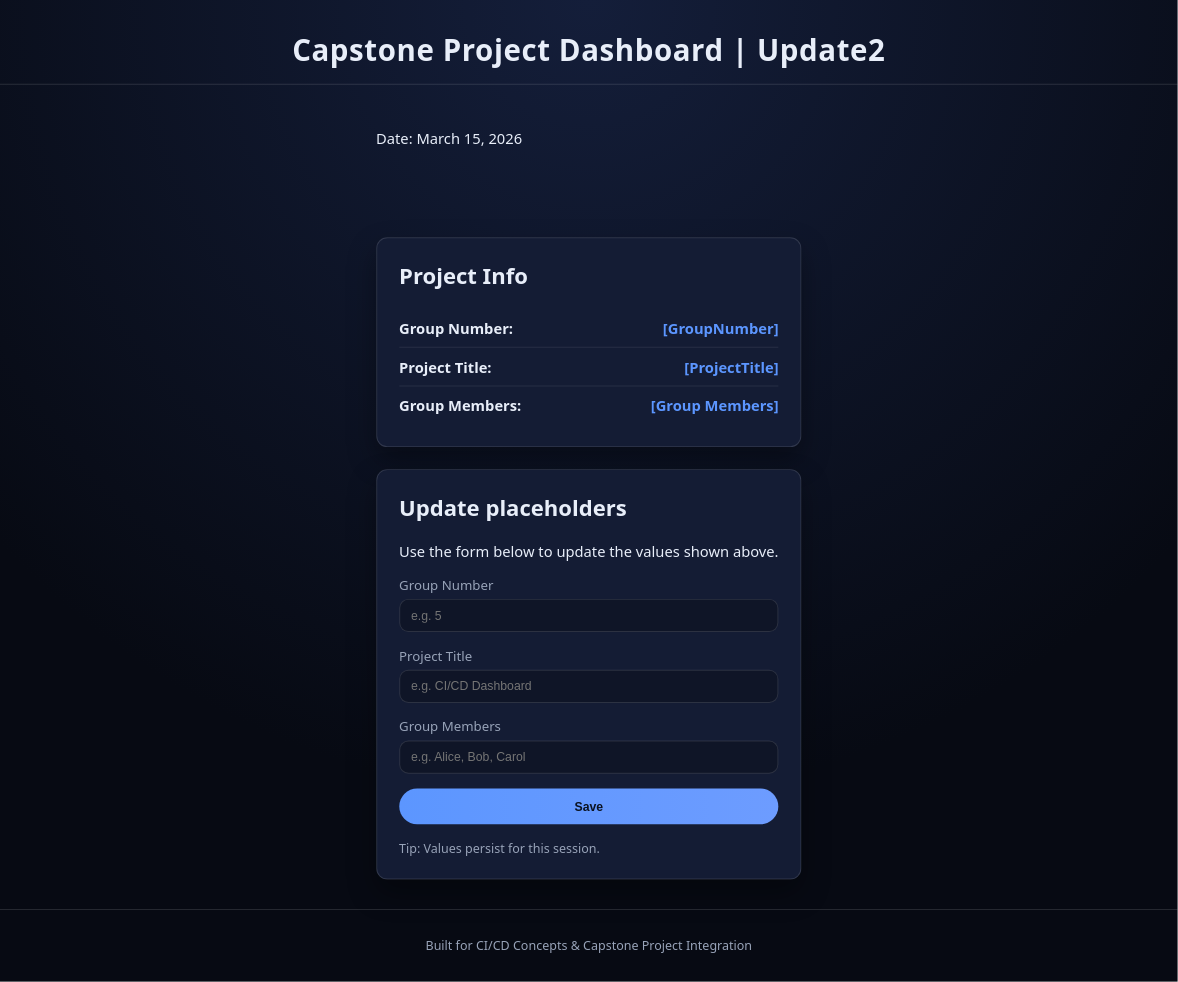
Repository: vatsalpatel3009/GroupNumber6_Cicd
Page: myapp/index.html
The author's editor kept a copy of each file at every save. The page is drawn from the files as they stood at one save, then again after a run of saves.
The browser window is 1280 px wide. The pictures show the whole page, at 92% of full size.

Above is the page before, as saved 2026-03-17 16:53:05.

After the next 2 saves:
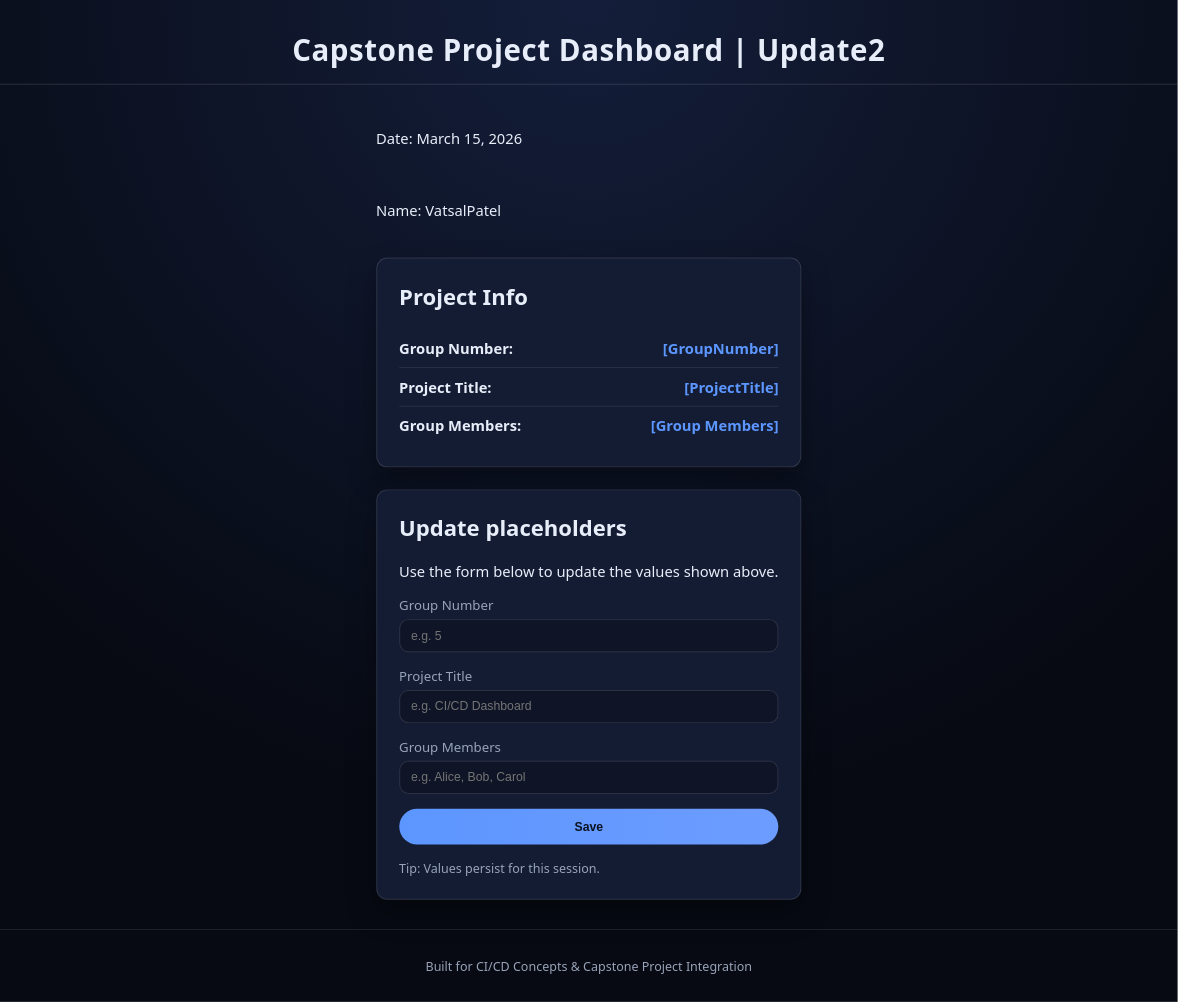
The 2 saves are shown as one change because they came seconds apart.
The last was saved 53 s later.
--- a/myapp/index.html
+++ b/myapp/index.html
@@ -13,7 +13,7 @@
 
   <main class="content">
       <p>Date: March 15, 2026</p>
-      <p> </p>
+      <p> Name: VatsalPatel</p>
 
 
 
